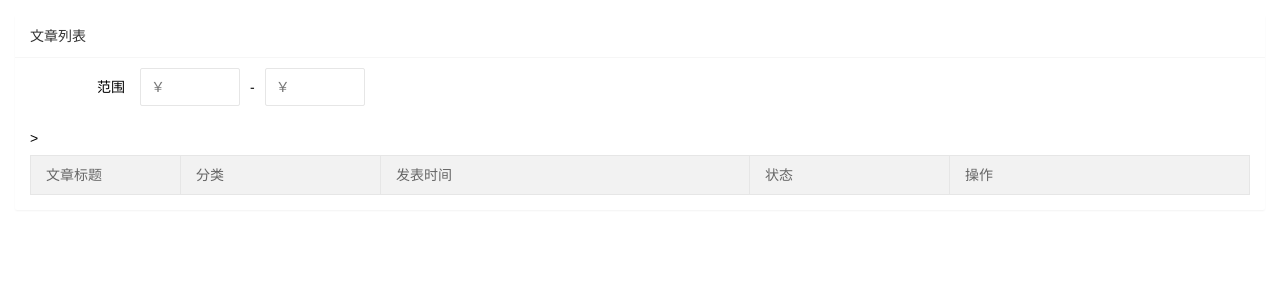
Repository: xxsleep/-
Page: home/article/art_list.html
An editor plug-in stored every save of this project. The page is shown before and after the next save, followed by the edit.
The browser window is 1280 px wide. The pictures show the whole page.
The page's requests for data from a server got no answer.

Above is the page before, as saved 2020-11-28 10:25:19.
Console error: TypeError: Cannot read properties of undefined (reading 'status')

After the next save:
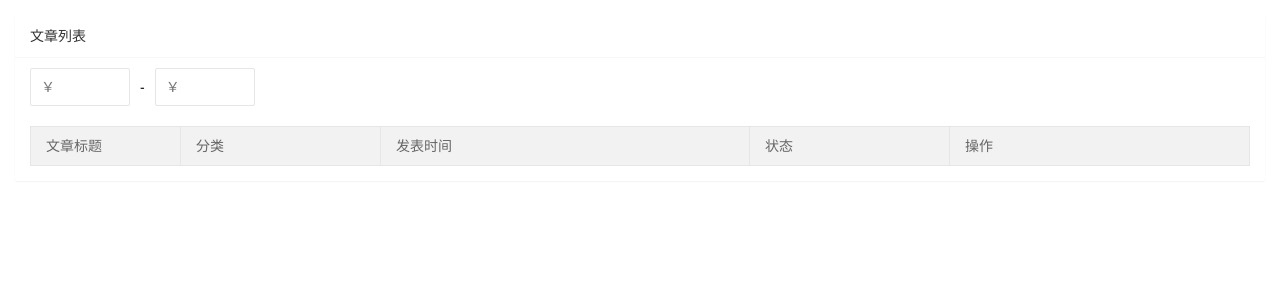
Saved 45 s later.
--- a/home/article/art_list.html
+++ b/home/article/art_list.html
@@ -17,7 +17,6 @@
                 <div class="layui-form-item">
 
                     <div class="layui-inline">
-                        <label class="layui-form-label">范围</label>
                         <div class="layui-input-inline" style="width: 100px;">
                             <input type="text" name="price_min" placeholder="￥" autocomplete="off" class="layui-input">
                         </div>
@@ -26,7 +25,7 @@
                             <input type="text" name="price_max" placeholder="￥" autocomplete="off" class="layui-input">
                         </div>
                     </div>
-                </div>>
+                </div>
             </form>
             <table class="layui-table">
                 <colgroup>
